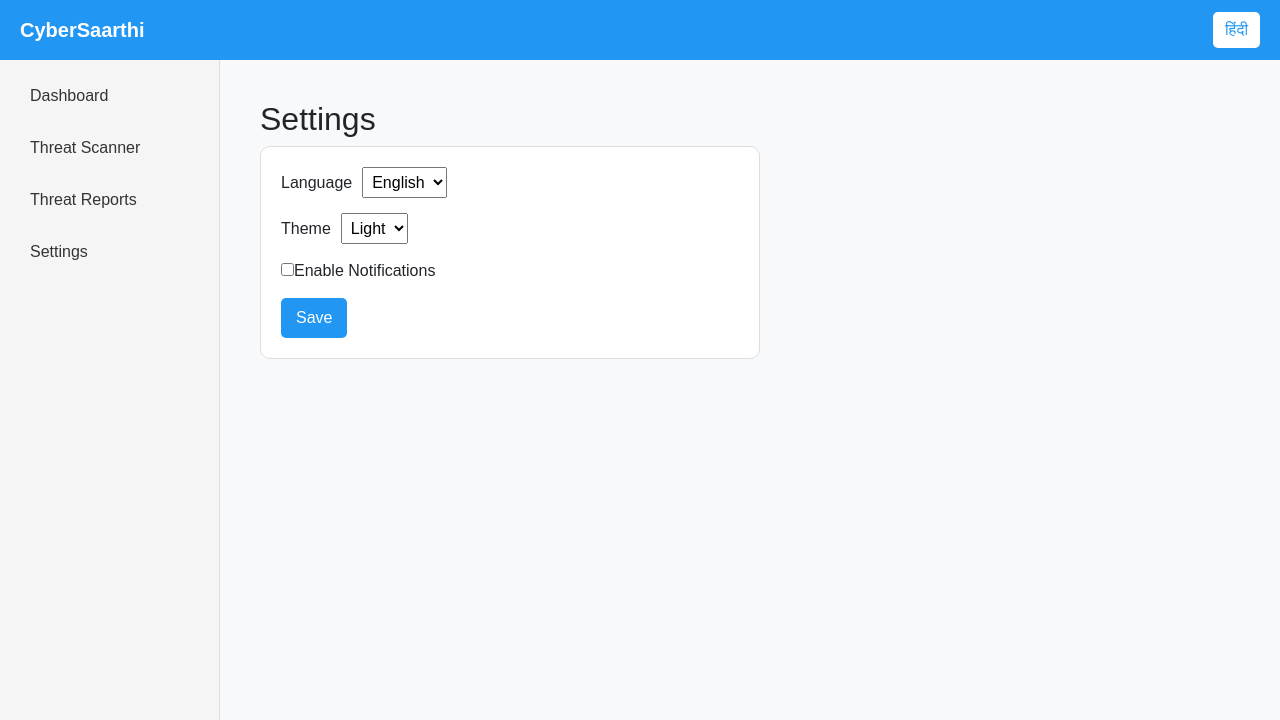
Repository: riyaaaa19/CyberSaarthi
Page: /settings (app in frontend/)
An editor plug-in stored every save of this project. The page is shown before and after the next save, followed by the edit.
The browser window is 1280 px wide. The pictures show the whole page.
The project was rebuilt for these pictures with package versions that can differ from the ones it lists, and the page was loaded fresh each time. Also part of the build but not shown: frontend/vite.config.ts, frontend/src/services/api.js, frontend/src/pages/Dashboard.js, frontend/src/pages/Scanner.js, frontend/src/pages/Reports.js.

Above is the page before, as saved 2025-08-21 16:30:24.

### frontend/src/index.js
import React from "react";
import ReactDOM from "react-dom/client";
import App from "./App";
import "bootstrap/dist/css/bootstrap.min.css";
import "./styles/style.css";

const root = ReactDOM.createRoot(document.getElementById("root"));
root.render(<App />);

### frontend/src/App.js
import React from "react";
import { BrowserRouter as Router, Routes, Route, Navigate } from "react-router-dom";
import Navbar from "./components/Navbar";
import Sidebar from "./components/Sidebar";
import Dashboard from "./pages/Dashboard";
import Scanner from "./pages/Scanner";
import Reports from "./pages/Reports";
import Settings from "./pages/Settings";

function App() {
  const layoutStyle = { display: "flex" };
  const contentStyle = { marginLeft: "220px", flex: 1, padding: "20px" };

  return (
    <Router>
      <Navbar />
      <div style={layoutStyle}>
        <Sidebar />
        <div style={contentStyle}>
          <Routes>
            <Route path="/" element={<Navigate to="/dashboard" />} />
            <Route path="/dashboard" element={<Dashboard />} />
            <Route path="/scanner" element={<Scanner />} />
            <Route path="/reports" element={<Reports />} />
            <Route path="/settings" element={<Settings />} />
          </Routes>
        </div>
      </div>
    </Router>
  );
}

export default App;

### frontend/src/styles/style.css
body {
  font-family: 'Poppins', sans-serif;
  background: #f8f9fa;
}
.sidebar {
  width: 250px;
  background: #fff;
  min-height: 100vh;
}
.nav-link.active {
  background-color: #0d6efd !important;
  color: #fff !important;
}

### frontend/src/components/Navbar.js
import React from "react";
import { t, setLang } from "../i18n";

function Navbar() {
  const barStyle = {
    display: "flex",
    justifyContent: "space-between",
    alignItems: "center",
    padding: "12px 20px",
    background: "#2196f3",
    color: "white",
    position: "sticky",
    top: 0,
    zIndex: 1000
  };

  const brandStyle = { fontSize: "20px", fontWeight: "bold" };

  const toggleLang = () => {
    const current = localStorage.getItem("LANG") || "en";
    const newLang = current === "en" ? "hi" : "en";
    setLang(newLang); // reloads app with new lang
  };

  return (
    <nav style={barStyle}>
      <div style={brandStyle}>{t("app.title")}</div>
      <button
        onClick={toggleLang}
        style={{
          padding: "6px 12px",
          background: "white",
          color: "#2196f3",
          border: "none",
          borderRadius: "5px",
          cursor: "pointer"
        }}
      >
        {localStorage.getItem("LANG") === "hi" ? "EN" : "हिंदी"}
      </button>
    </nav>
  );
}

export default Navbar;

### frontend/src/components/Sidebar.js
import React from "react";
import { NavLink } from "react-router-dom";
import { t } from "../i18n";

function Sidebar() {
  const sidebarStyle = {
    width: "220px",
    background: "#f5f5f5",
    height: "100vh",
    padding: "20px",
    position: "fixed",
    top: 0,
    left: 0,
    overflowY: "auto",
    borderRight: "1px solid #ddd"
  };

  const linkStyle = {
    display: "block",
    padding: "10px",
    marginBottom: "8px",
    color: "#333",
    textDecoration: "none",
    borderRadius: "5px"
  };

  const activeStyle = {
    background: "#2196f3",
    color: "white"
  };

  return (
    <div style={sidebarStyle}>
      <h3 style={{ marginBottom: "20px" }}>Menu</h3>
      <NavLink to="/dashboard" style={linkStyle} activeStyle={activeStyle}>{t("dashboard.title")}</NavLink>
      <NavLink to="/scanner" style={linkStyle} activeStyle={activeStyle}>{t("scanner.title")}</NavLink>
      <NavLink to="/reports" style={linkStyle} activeStyle={activeStyle}>{t("reports.title")}</NavLink>
      <NavLink to="/settings" style={linkStyle} activeStyle={activeStyle}>{t("settings.title")}</NavLink>
    </div>
  );
}

export default Sidebar;

### frontend/src/pages/Settings.js
import React, { useState } from "react";
import { t, setLang } from "../i18n";

function Settings() {
  const [language, setLanguage] = useState(localStorage.getItem("LANG") || "en");
  const [theme, setTheme] = useState(localStorage.getItem("THEME") || "light");
  const [notifications, setNotifications] = useState(localStorage.getItem("NOTIFY") === "true");

  const cardStyle = {
    padding: "20px",
    border: "1px solid #ddd",
    borderRadius: "10px",
    background: "#fff",
    maxWidth: "500px"
  };

  const saveSettings = () => {
    localStorage.setItem("LANG", language);
    localStorage.setItem("THEME", theme);
    localStorage.setItem("NOTIFY", notifications);
    setLang(language);
    alert(t("settings.saved"));
  };

  return (
    <div style={{ padding: "20px" }}>
      <h2>{t("settings.title")}</h2>
      <div style={cardStyle}>
        {/* Language */}
        <div style={{ marginBottom: "15px" }}>
          <label>{t("settings.lang")}</label>
          <select
            value={language}
            onChange={(e) => setLanguage(e.target.value)}
            style={{ marginLeft: "10px", padding: "5px" }}
          >
            <option value="en">English</option>
            <option value="hi">हिंदी</option>
          </select>
        </div>

        {/* Theme */}
        <div style={{ marginBottom: "15px" }}>
          <label>{t("settings.theme")}</label>
          <select
            value={theme}
            onChange={(e) => setTheme(e.target.value)}
            style={{ marginLeft: "10px", padding: "5px" }}
          >
            <option value="light">{t("settings.light")}</option>
            <option value="dark">{t("settings.dark")}</option>
          </select>
        </div>

        {/* Notifications */}
        <div style={{ marginBottom: "15px" }}>
          <label>
            <input
              type="checkbox"
              checked={notifications}
              onChange={(e) => setNotifications(e.target.checked)}
            />
            {t("settings.notifications")}
          </label>
        </div>

        <button
          onClick={saveSettings}
          style={{
            padding: "8px 15px",
            background: "#2196f3",
            color: "white",
            border: "none",
            borderRadius: "5px",
            cursor: "pointer"
          }}
        >
          {t("settings.save")}
        </button>
      </div>
    </div>
  );
}

export default Settings;

### frontend/src/i18n.js
const MESSAGES = {
  en: {
    "app.title": "CyberSaarthi",

    // Email Scanner
    "email.safe": "Email appears safe.",
    "email.susp": "Suspicious indicators found (possible phishing).",
    "email.mal": "High-risk indicators found (likely phishing).",

    // Invoice Scanner
    "invoice.safe": "Invoice looks consistent.",
    "invoice.susp": "Suspicious invoice indicators found.",
    "invoice.mal": "Likely fraudulent invoice detected.",
    "invoice.upload": "Upload invoice file (PDF/image)",
    "invoice.paste": "Or paste invoice text",
    "invoice.scanText": "Scan Text",

    // Dashboard
    "dashboard.title": "Dashboard",
    "dashboard.total": "Total Scans",
    "dashboard.susp": "Suspicious",
    "dashboard.mal": "Malicious",

    // Reports
    "reports.title": "Threat Reports",

    // Scanner
    "scanner.title": "Threat Scanner",
    "scanner.emailTab": "Email",
    "scanner.invoiceTab": "Invoice",

    // Settings
    "settings.title": "Settings",
    "settings.apiBase": "API Base URL",
    "settings.apiKey": "API Key (x-api-key header)",
    "settings.lang": "Language",
    "settings.theme": "Theme",
    "settings.light": "Light",
    "settings.dark": "Dark",
    "settings.notifications": "Enable Notifications",
    "settings.save": "Save",
    "settings.saved": "Settings saved successfully!"
  },

  hi: {
    "app.title": "साइबर सारथी",

    // Email Scanner
    "email.safe": "ईमेल सुरक्षित प्रतीत होता है।",
    "email.susp": "संदिग्ध संकेत मिले (संभावित फ़िशिंग)।",
    "email.mal": "उच्च जोखिम संकेत (संभावित फ़िशिंग)।",

    // Invoice Scanner
    "invoice.safe": "इनवॉइस सही लगता है।",
    "invoice.susp": "इनवॉइस में संदिग्ध संकेत मिले।",
    "invoice.mal": "संभावित धोखाधड़ी वाला इनवॉइस।",
    "invoice.upload": "इनवॉइस फ़ाइल अपलोड करें (PDF/इमेज)",
    "invoice.paste": "या इनवॉइस टेक्स्ट पेस्ट करें",
    "invoice.scanText": "टेक्स्ट स्कैन करें",

    // Dashboard
    "dashboard.title": "डैशबोर्ड",
    "dashboard.total": "कुल स्कैन",
    "dashboard.susp": "संदिग्ध",
    "dashboard.mal": "हानिकारक",

    // Reports
    "reports.title": "खतरा रिपोर्ट",

    // Scanner
    "scanner.title": "खतरा स्कैनर",
    "scanner.emailTab": "ईमेल",
    "scanner.invoiceTab": "इनवॉइस",

    // Settings
    "settings.title": "सेटिंग्स",
    "settings.apiBase": "API बेस URL",
    "settings.apiKey": "API कुंजी (x-api-key हेडर)",
    "settings.lang": "भाषा",
    "settings.theme": "थीम",
    "settings.light": "हल्की",
    "settings.dark": "गहरी",
    "settings.notifications": "सूचनाएं सक्षम करें",
    "settings.save": "सहेजें",
    "settings.saved": "सेटिंग्स सफलतापूर्वक सहेजी गईं!"
  }
};

export function t(key) {
  const lang = window.localStorage.getItem("LANG") || "en";
  return MESSAGES[lang]?.[key] || key;
}

export function setLang(lang) {
  window.localStorage.setItem("LANG", lang);
  window.location.reload();
}

Loaded but not shown: frontend/public/index.html (common file)

After the next save:
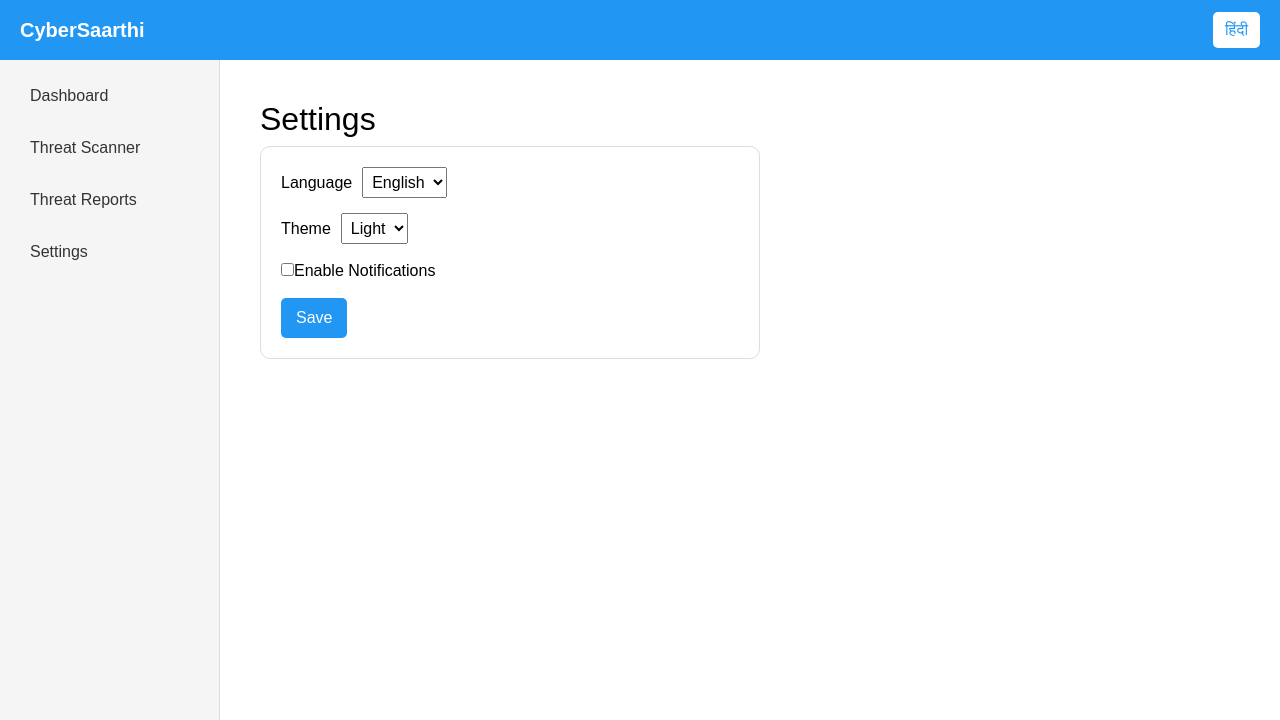
Saved 29 s later.
--- a/frontend/src/App.js
+++ b/frontend/src/App.js
@@ -1,4 +1,4 @@
-import React from "react";
+import React, { useEffect, useState } from "react";
 import { BrowserRouter as Router, Routes, Route, Navigate } from "react-router-dom";
 import Navbar from "./components/Navbar";
 import Sidebar from "./components/Sidebar";
@@ -8,6 +8,13 @@ import Reports from "./pages/Reports";
 import Settings from "./pages/Settings";
 
 function App() {
+  const [theme, setTheme] = useState(localStorage.getItem("THEME") || "light");
+
+  useEffect(() => {
+    document.body.style.background = theme === "dark" ? "#121212" : "#fff";
+    document.body.style.color = theme === "dark" ? "#f5f5f5" : "#000";
+  }, [theme]);
+
   const layoutStyle = { display: "flex" };
   const contentStyle = { marginLeft: "220px", flex: 1, padding: "20px" };
 
